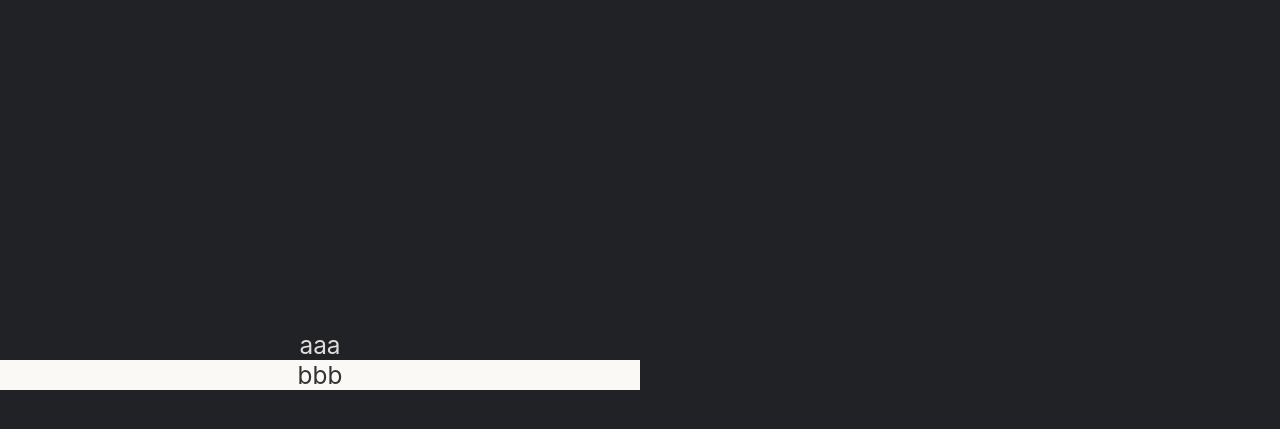
Repository: GuinsooRocky/-Technology-sharing-rocky
Page: /
The author's editor kept a copy of each file at every save. The page is drawn from the files as they stood at one save, then again after the next save.
The browser window is 1280 px wide. The pictures show the whole page.
The project was rebuilt for these pictures with package versions that can differ from the ones it lists, and the page was loaded fresh each time.

Above is the page before, as saved 2020-09-19 15:42:38.

### src/App.js
import React from 'react';
import './App.less';
import { BrowserRouter, Route } from 'react-router-dom';

import Home from './pages/home/home.tsx'

function App() {
  return (
    <div className="App">
      <BrowserRouter>
        <header className="App-header">
          <Route path='/' exact component={Home} />
        </header>
      </BrowserRouter>
    </div>
  );
}

export default App;

### src/App.less
.App {
  text-align: center;
  min-height: 100vh;
}


.App-header {
  background-color: #202226;;
  min-height: 100vh;
  display: flex;
  flex-direction: column;
  align-items: center;
  justify-content: center;
  font-size: calc(10px + 2vmin);
  color: white;
}

.App-link {
  color: #61dafb;
}

### src/pages/home/home.tsx
import React from 'react';
import './home.less';

interface Props {}
const Home: React.FC<Props> = ({}) => {

  return (
    <div className='home'>
      <aside className='left'>aaa</aside>
      <div className='right'>bbb</div>
    </div>
  )

}

export default Home;

### src/pages/home/home.less

.home {
  width: 100%;
  height: 100%;
  .left {
    width: 50%;
    background-color: #202226;
    color: #DFDDD9;
  }

  .right {
    width: 50%;
    background-color: #FAF9F5;
    color: rgb(51,51,51);
  }
}

Loaded but not shown: public/index.html (common file); src/index.js (common file); src/index.css (common file); src/serviceWorker.js (common file)

After the next save:
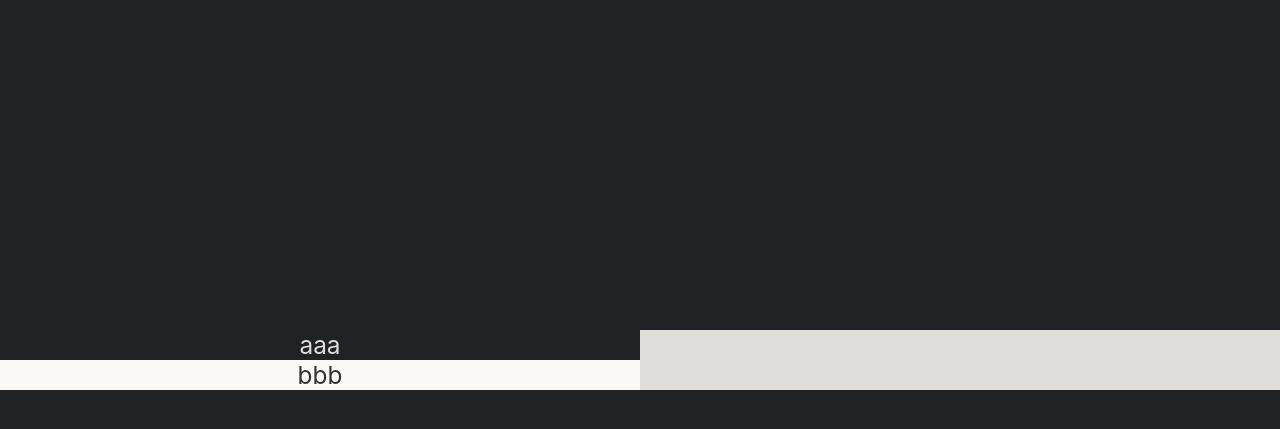
Saved 14 s later.
--- a/src/pages/home/home.less
+++ b/src/pages/home/home.less
@@ -2,6 +2,7 @@
 .home {
   width: 100%;
   height: 100%;
+  background: #DFDDD9;
   .left {
     width: 50%;
     background-color: #202226;
